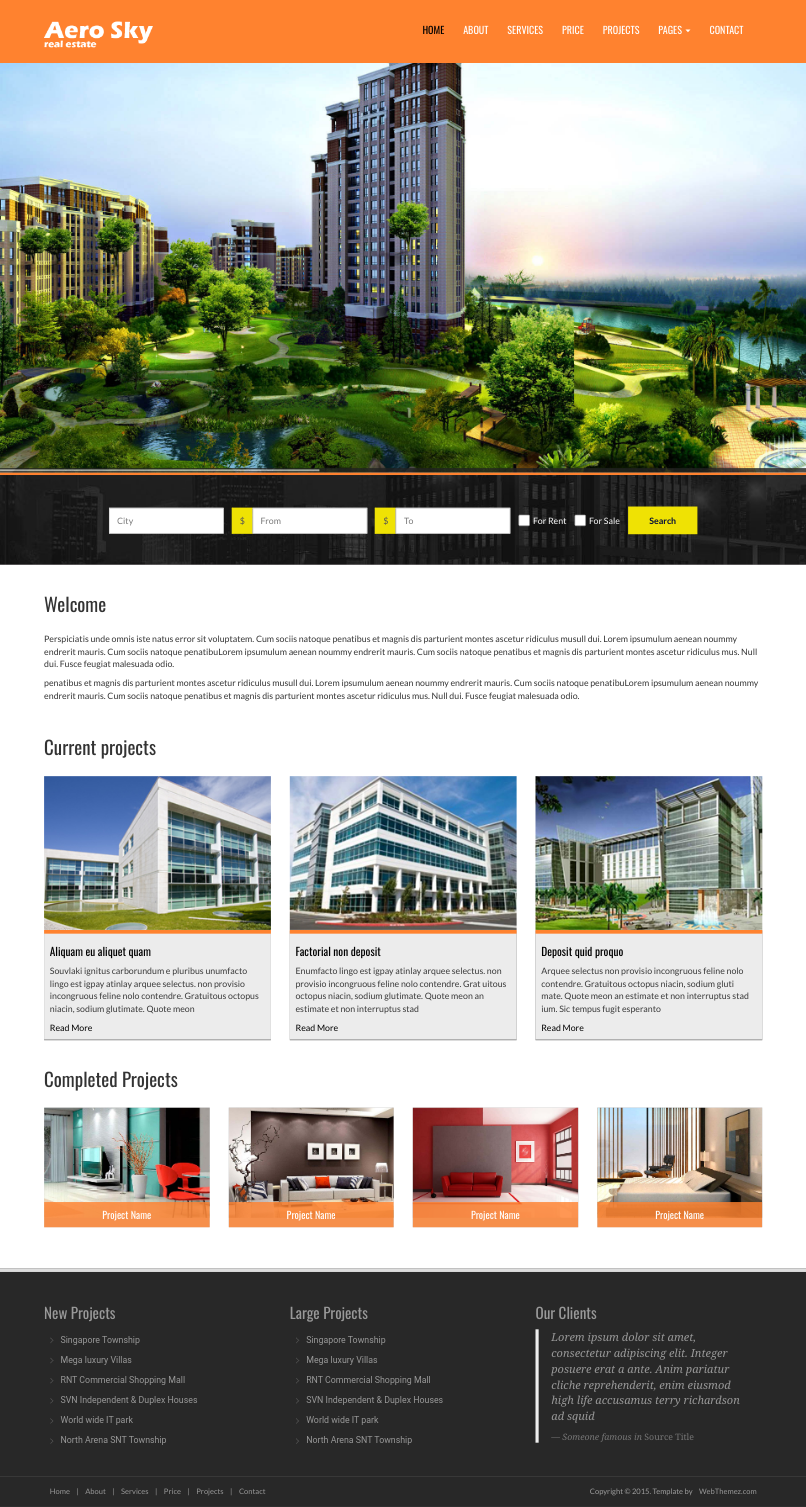
Repository: james19999/gestion
Page: http://localhost/
An editor plug-in stored every save of this project. The page is shown before and after the next save, followed by the edit.
The browser window is 1280 px wide. The pictures show the whole page, at 63% of full size.
The page is served by the project's Laravel application, run on PHP 8.4 with Laravel 8.

Above is the page before, as saved 2021-11-02 16:01:37.

After the next save:
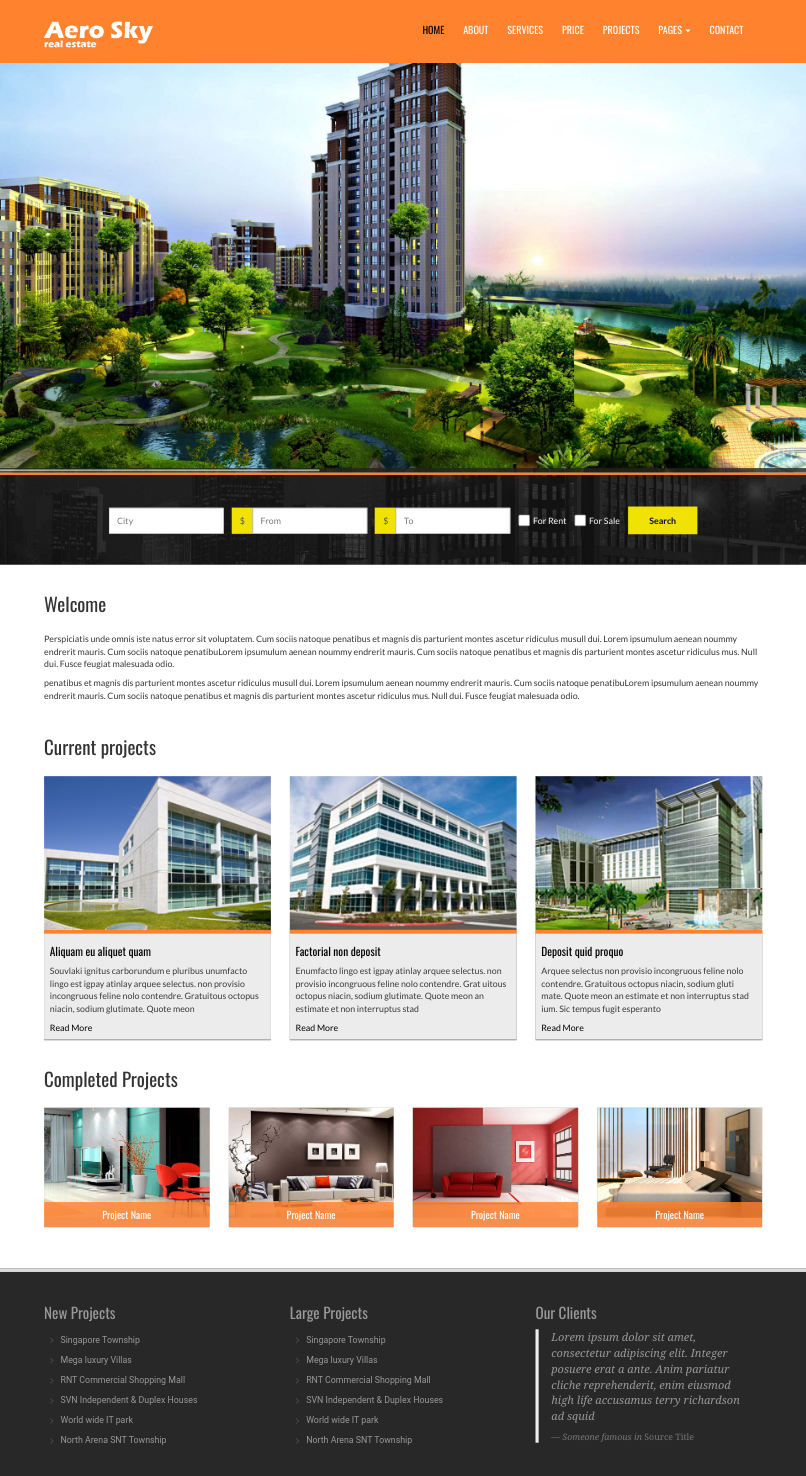
Saved 41 s later.
--- a/resources/views/welcome.blade.php
+++ b/resources/views/welcome.blade.php
@@ -256,7 +256,7 @@
       </div></div>
       </section>
 
-
+{{--
     <footer id="footer">
 
 		<div class="footer2">
@@ -288,7 +288,7 @@
 				<!-- /row of panels -->
 			</div>
 		</div>
-	</footer>
+	</footer> --}}
 
 	<!-- JavaScript libs are placed at the end of the document so the pages load faster -->
 	<script src="assets/js/modernizr-latest.js"></script>
